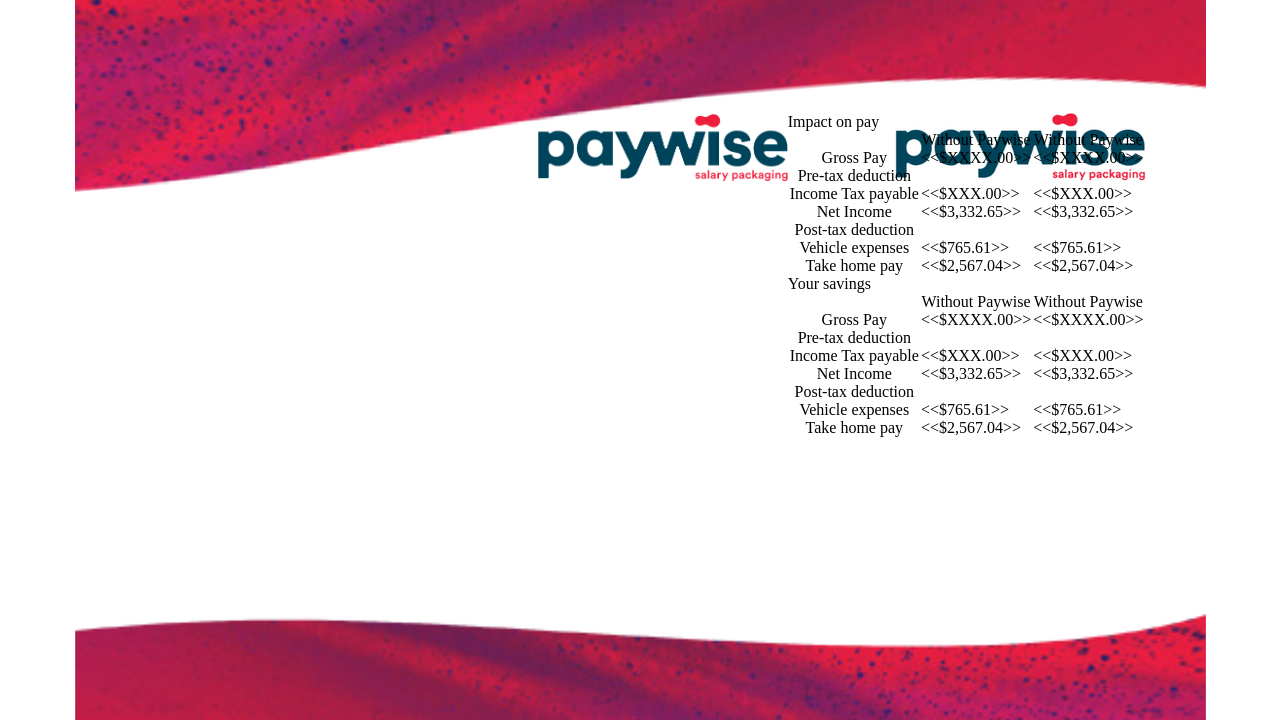
Repository: hoangtubest/novated-phong
Page: 2.html
These files come from the project's save history. The page is drawn as it stood at one moment and after the next save; the edit follows.
The browser window is 1280 px wide. The pictures show the whole page.
The style sheet was rebuilt from its Sass, Less or Tailwind sources for each picture, by a compiler version that may differ from the author's.

Above is the page before, as saved 2023-10-18 15:07:14.

After the next save:
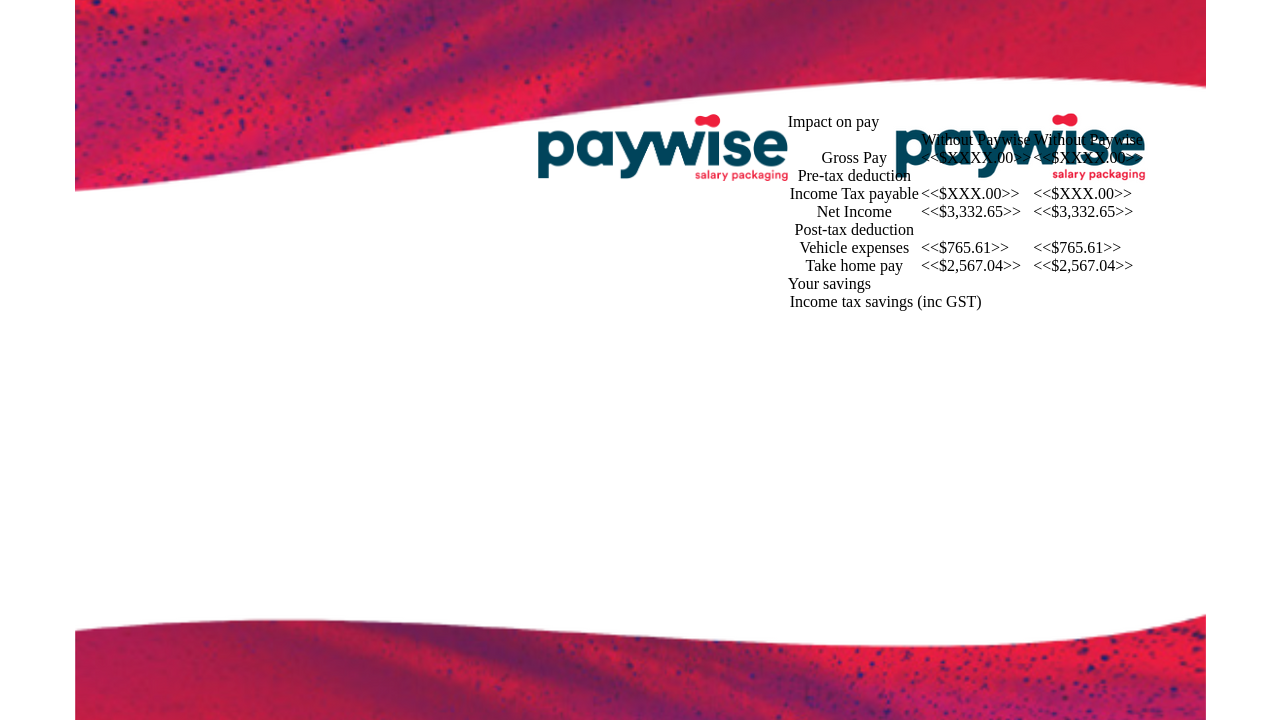
Saved 48 s later.
--- a/2.html
+++ b/2.html
@@ -92,68 +92,18 @@
               <h2 class="pw-2-info__title">Your savings</h2>
               <div class="pw-2-info__content">
                 <table class="table-01">
-                  <thead>
-                    <tr>
-                      <th>&nbsp;</th>
-                      <th>Without Paywise</th>
-                      <th>Without Paywise</th>
-                    </tr>
-                  </thead>
                   <tbody>
                     <tr>
-                      <th>Gross Pay</th>
-                      <td>
-                        <<$XXXX.00>>
-                      </td>
-                      <td>
-                        <<$XXXX.00>>
-                      </td>
+                      <th>Income tax savings <em>(inc GST)</em></th>
+                      <td></td>
                     </tr>
                     <tr>
-                      <th>Pre-tax deduction</th>
-                      <td>&nbsp;</td>
-                      <td>&nbsp;</td>
+                      <th></th>
+                      <td></td>
                     </tr>
                     <tr>
-                      <th>Income Tax payable</th>
-                      <td>
-                        <<$XXX.00>>
-                      </td>
-                      <td>
-                        <<$XXX.00>>
-                      </td>
-                    </tr>
-                    <tr>
-                      <th>Net Income</th>
-                      <td>
-                        <<$3,332.65>>
-                      </td>
-                      <td>
-                        <<$3,332.65>>
-                      </td>
-                    </tr>
-                    <tr>
-                      <th>Post-tax deduction</th>
-                      <td>&nbsp;</td>
-                      <td>&nbsp;</td>
-                    </tr>
-                    <tr>
-                      <th>Vehicle expenses</th>
-                      <td>
-                        <<$765.61>>
-                      </td>
-                      <td>
-                        <<$765.61>>
-                      </td>
-                    </tr>
-                    <tr>
-                      <th>Take home pay</th>
-                      <td>
-                        <<$2,567.04>>
-                      </td>
-                      <td>
-                        <<$2,567.04>>
-                      </td>
+                      <th></th>
+                      <td></td>
                     </tr>
                   </tbody>
                 </table>
